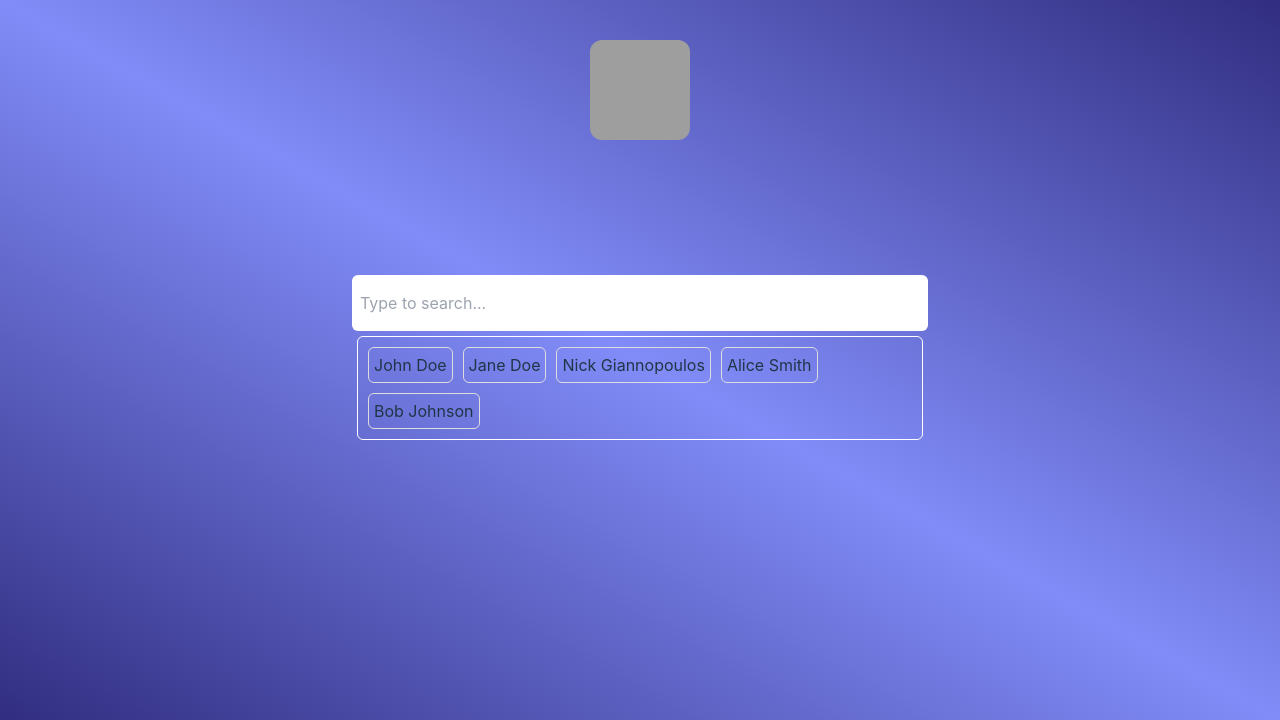
Repository: Ayansaxena24/Chip
Page: /
The author's editor kept a copy of each file at every save. The page is drawn from the files as they stood at one save, then again after the next save.
The browser window is 1280 px wide. The pictures show the whole page.
Pictures or frames that could not be fetched are drawn as grey boxes. Some web libraries are served in a nearby version. The project was rebuilt for these pictures with package versions that can differ from the ones it lists, and the page was loaded fresh each time. Also part of the build but not shown: vite.config.ts, src/ChipInput.css.

Above is the page before, as saved 2024-01-16 03:59:25.

After the next save:
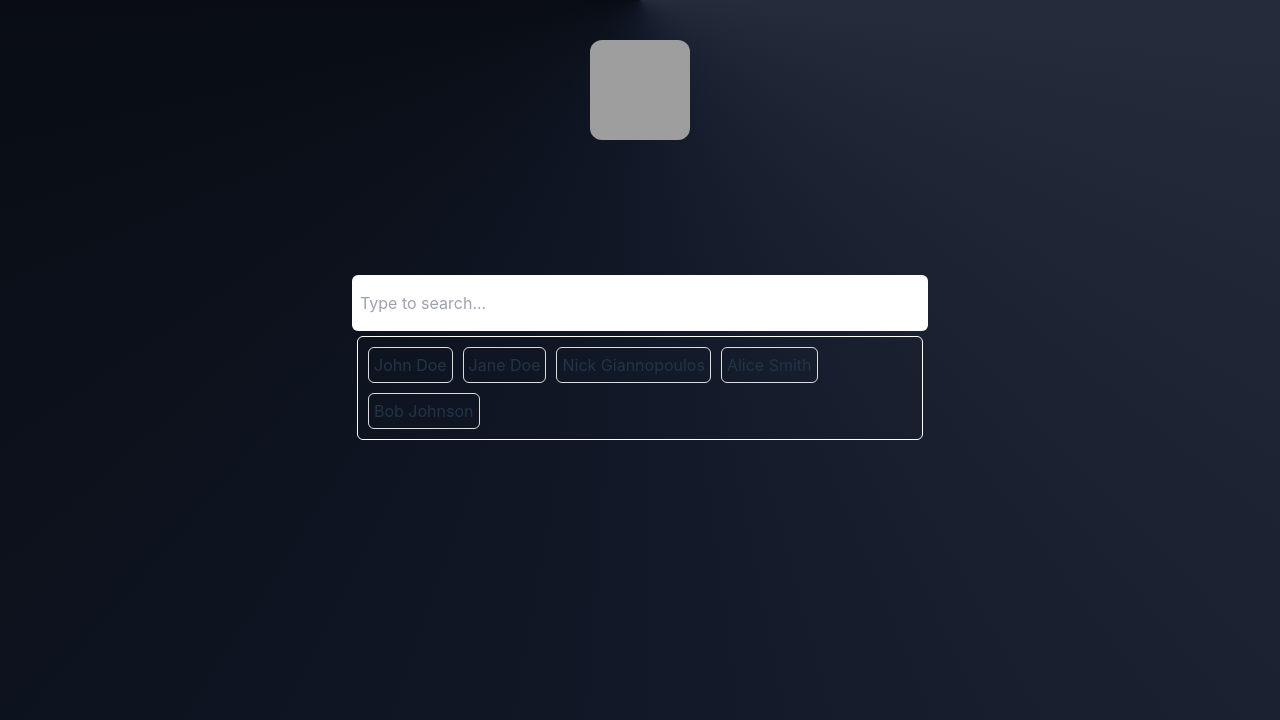
Saved 30 s later.
--- a/src/ChipInput.tsx
+++ b/src/ChipInput.tsx
@@ -72,7 +72,7 @@ const ChipInput: React.FC = () => {
   };
 
   return (
-    <div className="w-screen flex justify-center items-center h-screen bg-gradient-to-bl from-indigo-900 via-indigo-400 to-indigo-900">
+    <div className="w-screen flex justify-center items-center h-screen bg-[conic-gradient(at_top,_var(--tw-gradient-stops))] from-gray-700 via-gray-900 to-black">
       <div className="absolute top-10">
         <img
           src="https://play-lh.googleusercontent.com/tjzK0-TCkXB1zxkmiRr5WNGJxQy87s1RdBx10nqLbdxRIH7bPWxTkH_YiUMbYPFRfmj7=w240-h480-rw"
